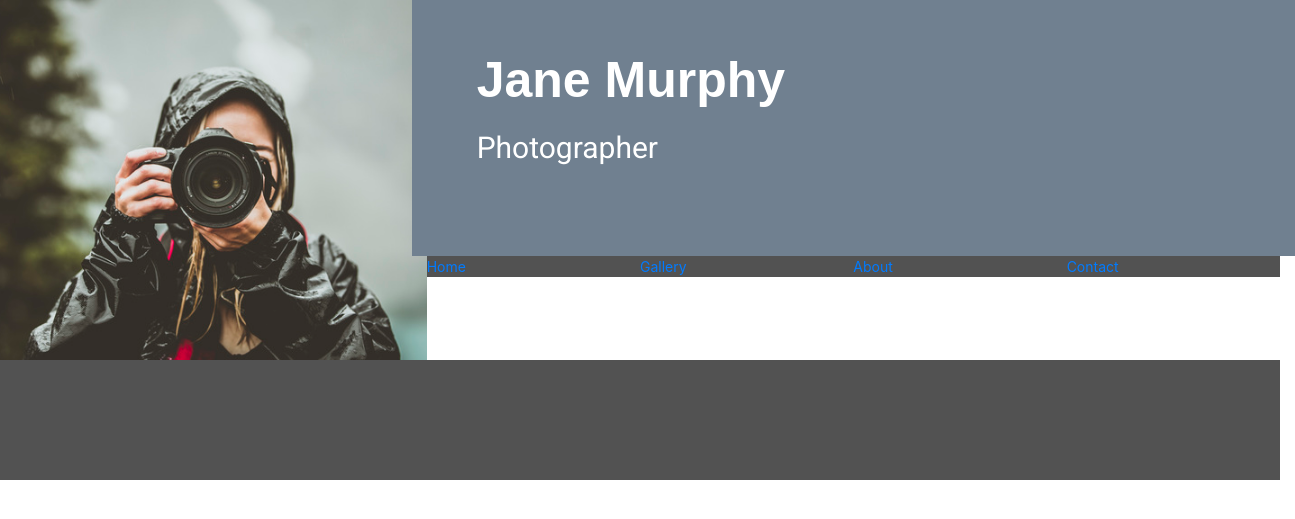
Repository: Code-Institute-Submissions/MrChrisRandall-milestone-1
Page: index.html
The author's editor kept a record of every edit. The page is drawn from the files as they stood at one moment, then again after the next edit.
The browser window is 1280 px wide. The page is 1295 px wide, so the pictures cover 1295 px, including what lies to the right of the window. The pictures show the whole page.

Above is the page before.

After the next edit:
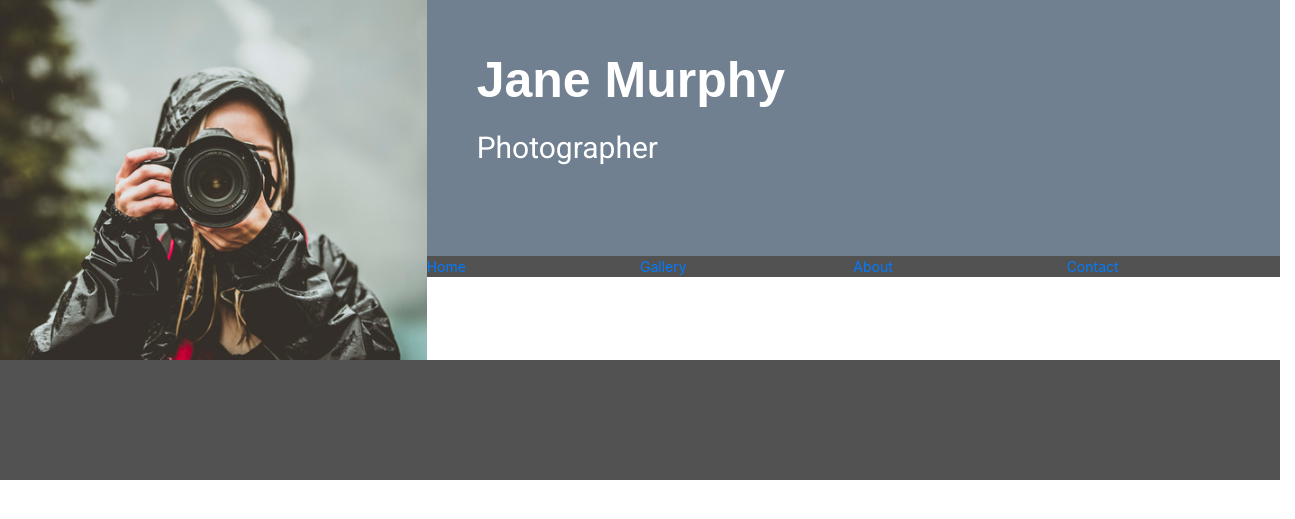
The edit:
--- a/index.html
+++ b/index.html
@@ -19,7 +19,7 @@
 
             </a>
             <div class="col-md-8">
-                <div class="row bg-color-name-title">
+                <div class="row no-gutters bg-color-name-title">
                     <div class="col heading">
                         <h1 class="name">Jane Murphy</h1>
                         <h2 class="title">Photographer</h2>
